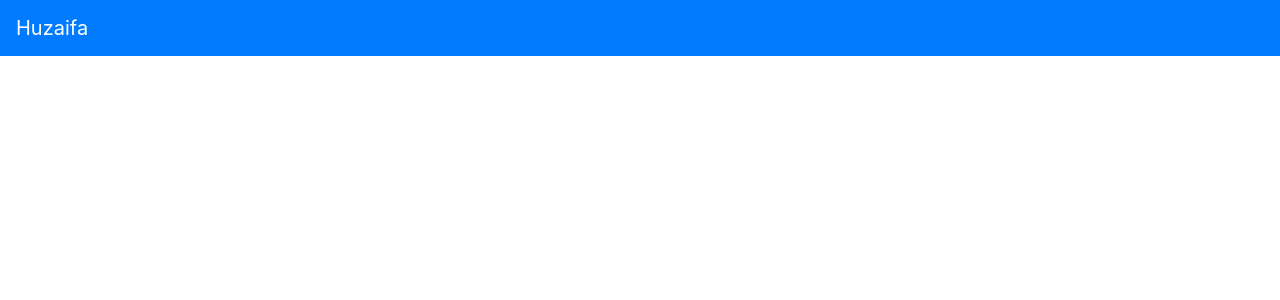
Repository: Huzaifa-2609/Frontend-website-React-JS
Page: /
The author's editor kept a copy of each file at every save. The page is drawn from the files as they stood at one save, then again after the next save.
The browser window is 1280 px wide. The pictures show the whole page.
The project was rebuilt for these pictures with package versions that can differ from the ones it lists, and the page was loaded fresh each time. Also part of the build but not shown: src/App.css.

Above is the page before, as saved 2022-09-01 22:47:19.

### src/App.js
import React, { Component } from 'react';
import logo from './logo.svg';
import './App.css';
import {Navbar,NavbarBrand} from "reactstrap"

class App extends Component {
  render() {
    return (
      <div>
        <Navbar dark color="primary">
        <NavbarBrand href="/">Huzaifa</NavbarBrand>
        </Navbar>
      </div>
    );
  }
}

export default App;

Loaded but not shown: public/index.html (common file); src/index.js (common file); src/index.css (common file); src/reportWebVitals.js (common file)

After the next save:
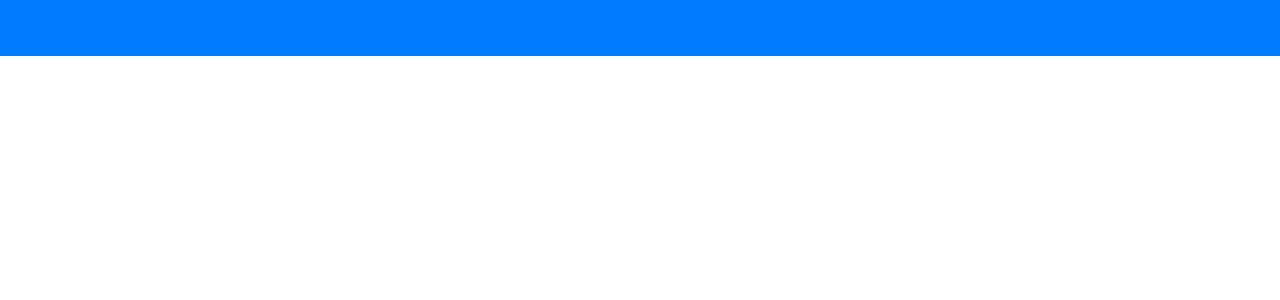
Saved 85 s later.
--- a/src/App.js
+++ b/src/App.js
@@ -7,7 +7,7 @@ class App extends Component {
   render() {
     return (
       <div>
-        <Navbar dark color="primary">
+        <Navbar color="primary">
         <NavbarBrand href="/">Huzaifa</NavbarBrand>
         </Navbar>
       </div>
